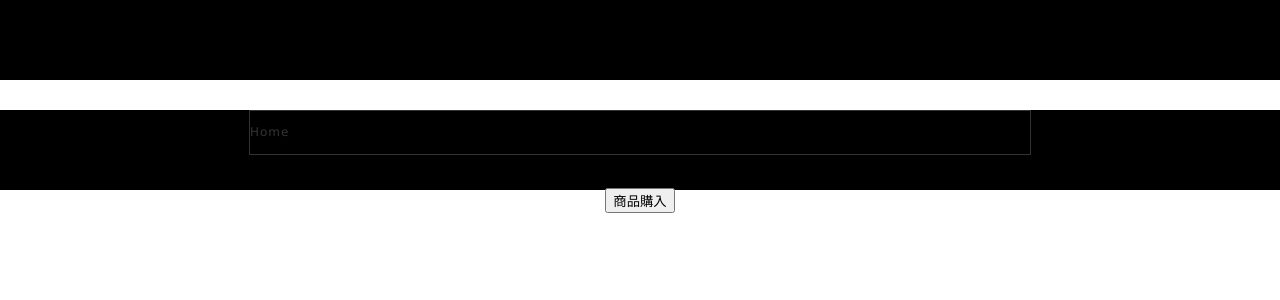
Repository: Sato718/backup
Page: http://localhost/template2/
These files come from the project's save history. The page is drawn as it stood at one moment and after the next save; the edit follows.
The browser window is 1280 px wide. The pictures show the whole page.
The page is served by Tomcat 9. Other server files are loaded and not shown.

Above is the page before, as saved 2017-12-21 02:23:59.

### template2/WebContent/home.jsp
<%@ page language="java" contentType="text/html; charset=UTF-8"
	pageEncoding="UTF-8"%>

<%@ taglib prefix="s" uri="/struts-tags" %>

<!DOCTYPE>
<html>
<head>
	<meta http-equiv="Content-Type" content="text/html; charset=utf-8">
	<meta http-equiv="Content-Style-Type" content="text/css" />
	<meta http-equiv="Content-Script-Type" content="text/javascript">
	<meta http-equiv="imagetoolbar" content="no">
	<meta name="description" content="" />
	<meta name="keywords" content="" />
	<title>Home画面</title>
	<style type="text/css">
		body {
			margin:0;
			padding:0;
			line-height:1.6;
			letter-spacing:1px;
			font-family:Verdana,Helvetica,sans-serif;
			font-size:12px;
			color:#333;
			background:#fff;
		}

		table {
			text-align:center;
			margin:0 auto;
		}

		/* ========TEMPLATE LAYOUT======== */
		#top{
			width:780px;
			margin:30px auto;
			border:1px solid #333;
		}

		#header {
			width: 100%;
			height:80px;
			background-color:black;
		}

		#main{
			width:100%;
			height:80px;
			background-color:black;
			clear:both;
		}
		#footer {
			width:100%;
			height:80%:
			background-color:black
			clear:both;
		}
	</style>
</head>
<body>
	<div id="header">
		<div id="pr">
		</div>
	</div>
	<div id="main">
		<div id="top">
			<p>Home</p>
		</div>

		<div>
			<s:form actin="HomeAction">

				<s:submit value="商品購入"/>
			</s:form>
		</div>
	</div>
	<div id="footer">
		<div id="pr">
		</div>
	</div>

</body>
</html>

After the next save:
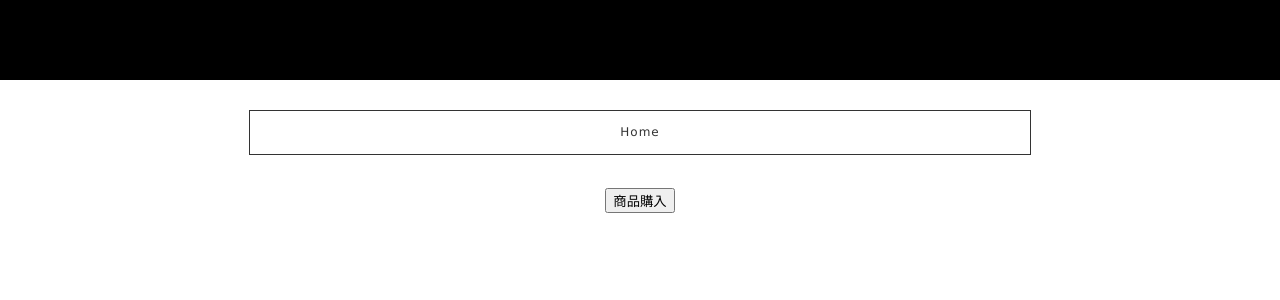
Saved 2 min 15 s later.
--- a/template2/WebContent/home.jsp
+++ b/template2/WebContent/home.jsp
@@ -3,13 +3,13 @@
 
 <%@ taglib prefix="s" uri="/struts-tags" %>
 
-<!DOCTYPE>
+<!DOCTYPE html>
 <html>
 <head>
-	<meta http-equiv="Content-Type" content="text/html; charset=utf-8">
+	<meta http-equiv="Content-Type" content="text/html; charset=utf-8" />
 	<meta http-equiv="Content-Style-Type" content="text/css" />
-	<meta http-equiv="Content-Script-Type" content="text/javascript">
-	<meta http-equiv="imagetoolbar" content="no">
+	<meta http-equiv="Content-Script-Type" content="text/javascript" />
+	<meta http-equiv="imagetoolbar" content="no" />
 	<meta name="description" content="" />
 	<meta name="keywords" content="" />
 	<title>Home画面</title>
@@ -45,9 +45,8 @@
 
 		#main{
 			width:100%;
-			height:80px;
-			background-color:black;
-			clear:both;
+			height:500px;
+			text-align:center;
 		}
 		#footer {
 			width:100%;
